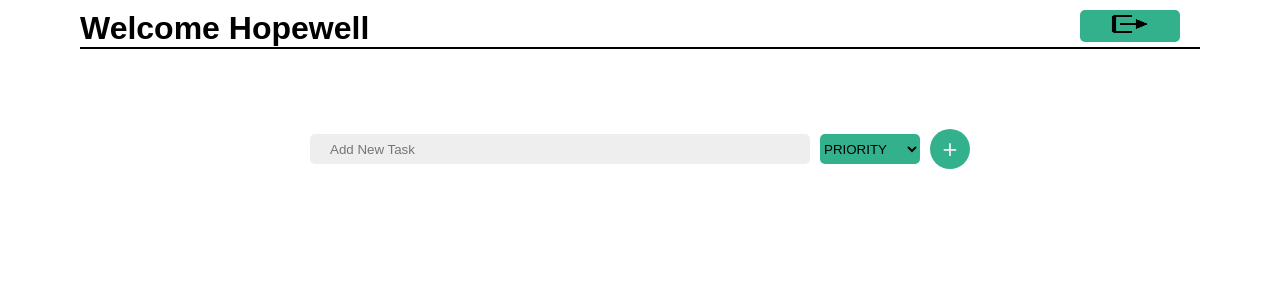
Repository: tebo27cMd/todo_App
Page: /HomePage
The author's editor kept a copy of each file at every save. The page is drawn from the files as they stood at one save, then again after a run of saves.
The browser window is 1280 px wide. The pictures show the whole page.
The page's requests for data from a server got no answer. The project was rebuilt for these pictures with package versions that can differ from the ones it lists, and the page was loaded fresh each time. No one was signed in, and anything a server would have sent is missing. Also part of the build but not shown: src/Pages/LoginPage.jsx, src/Pages/SignInPage.jsx.

Above is the page before, as saved 2022-08-23 09:22:41.

After the next 2 saves:
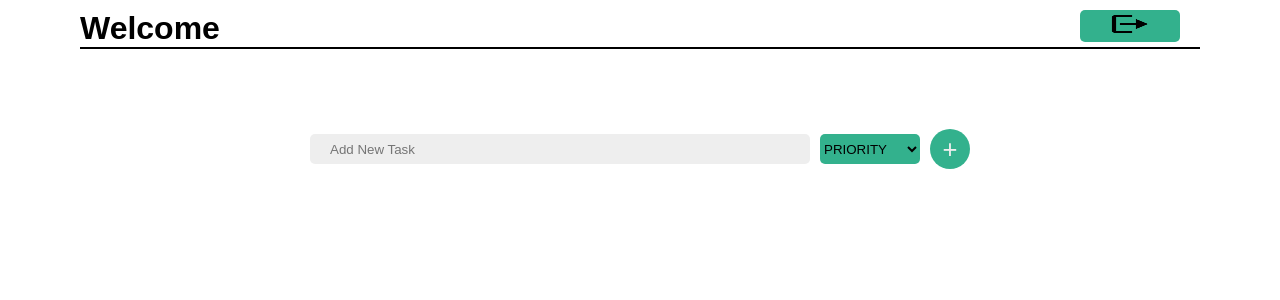
The 2 saves are shown as one change because they came seconds apart.
The last was saved 66 s later.
--- a/src/Pages/HomePage.jsx
+++ b/src/Pages/HomePage.jsx
@@ -46,7 +46,7 @@ function HomePage() {
     return (
       <div className="AddTask">
           <div className="topPart">
-              <h1>Welcome Hopewell</h1>
+              <h1>Welcome</h1>
               <button><div className="tick"><img src={logout} alt="" /></div></button>
           </div>
 
